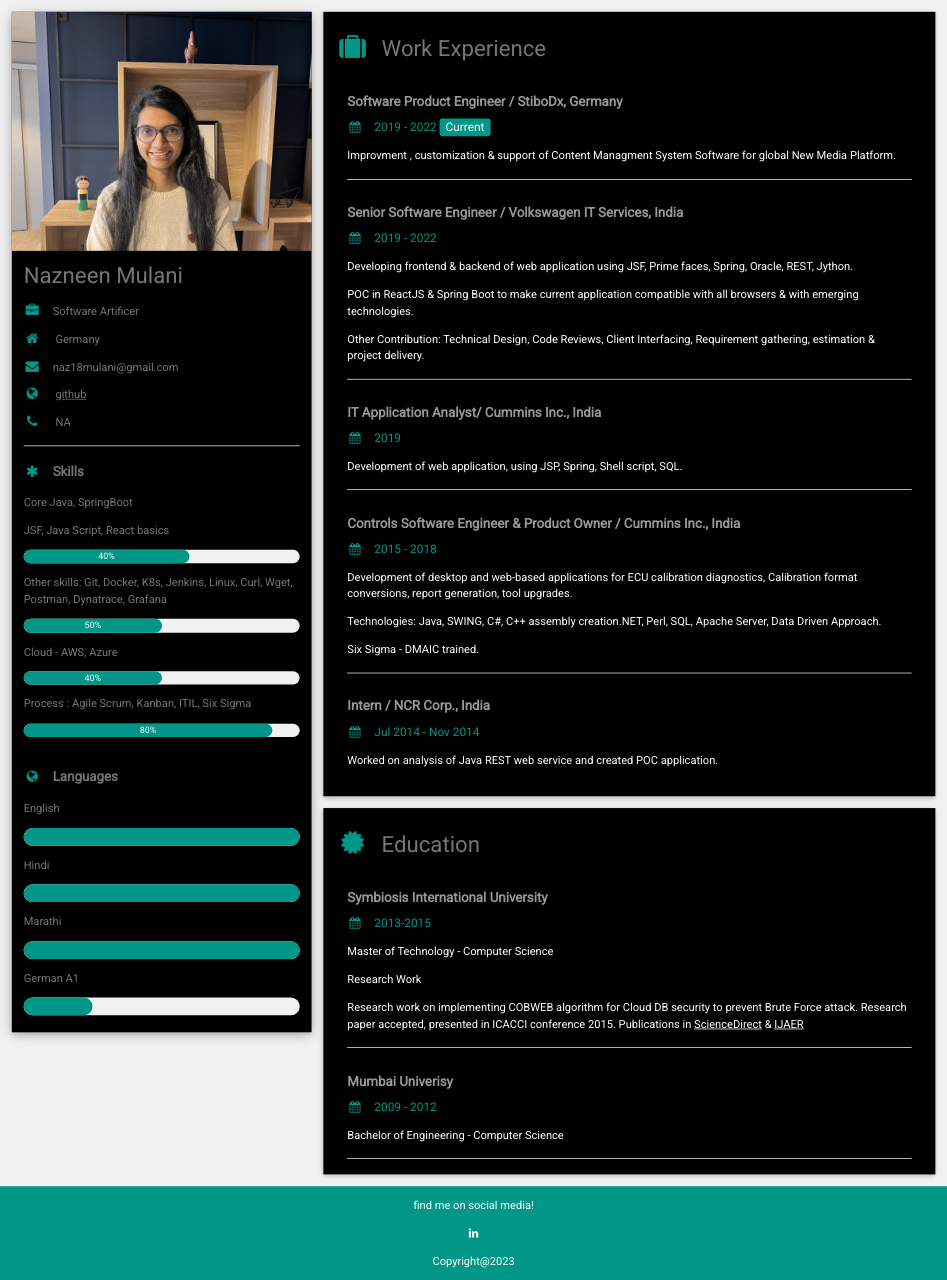
Repository: nazneenprojects/nazneen.github.io
Page: index.html
An editor plug-in stored every save of this project. The page is shown before and after the next save, followed by the edit.
The browser window is 1280 px wide. The pictures show the whole page, at 74% of full size.

Above is the page before, as saved 2023-07-09 11:30:30.

### index.html
<!DOCTYPE html>
<html>
<title>Nazneen Portfolio</title>
<meta charset="UTF-8">
<meta name="viewport" content="width=device-width, initial-scale=1">
<link rel="stylesheet" href="https://www.w3schools.com/w3css/4/w3.css">
<link rel='stylesheet' href='https://fonts.googleapis.com/css?family=Roboto'>
<link rel="stylesheet" href="https://cdnjs.cloudflare.com/ajax/libs/font-awesome/4.7.0/css/font-awesome.min.css">
<style>
html,body,h1,h2,h3,h4,h5,h6 {font-family: "Roboto", sans-serif}
</style>
<body class="w3-light-grey">

<!-- Page Container -->
<div class="w3-content w3-margin-top" style="max-width:1400px;">

  <!-- The Grid -->
  <div class="w3-row-padding">

    <!-- Left Column -->
    <div class="w3-third">

      <div class="w3-black w3-text-grey w3-card-4">
        <div class="w3-display-container">
          <img src="IMG_NazneenM.JPG" style="width:100%" alt="Avatar">
          <div class="w3-display-bottomleft w3-container w3-text-black">
          </div>
        </div>
        <div class="w3-container">
          <h2>Nazneen Mulani</h2>
          <p><i class="fa fa-briefcase fa-fw w3-margin-right w3-large w3-text-teal"></i>Software Artificer</p>
          <p><i class="fa fa-home fa-fw w3-margin-right w3-large w3-text-teal"></i> Germany </p>
          <p><i class="fa fa-envelope fa-fw w3-margin-right w3-large w3-text-teal"></i>naz18mulani@gmail.com</p>
          <p><i class="fa fa-globe fa-fw w3-margin-right w3-large w3-text-teal"></i>
          <a href="https://github.com/nazneenprojects">github</a>
          </p>
          <p><i class="fa fa-phone fa-fw w3-margin-right w3-large w3-text-teal"></i> NA </p>
          <hr>

          <p class="w3-large"><b><i class="fa fa-asterisk fa-fw w3-margin-right w3-text-teal"></i>Skills</b></p>
          <p>Core Java, SpringBoot</p>
          <div class="w3-light-grey w3-round-xlarge w3-small">

          </div>
          <p>JSF, Java Script, React basics</p>
          <div class="w3-light-grey w3-round-xlarge w3-small">
            <div class="w3-container w3-center w3-round-xlarge w3-teal" style="width:60%">
              <div class="w3-center w3-text-white">40%</div>
            </div>
          </div>
          <p>Other skills: Git, Docker, K8s, Jenkins, Linux, Curl, Wget, Postman, Dynatrace, Grafana</p>
          <div class="w3-light-grey w3-round-xlarge w3-small">
            <div class="w3-container w3-center w3-round-xlarge w3-teal" style="width:50%">50%</div>
          </div>
          <p>Cloud - AWS, Azure</p>
          <div class="w3-light-grey w3-round-xlarge w3-small">
            <div class="w3-container w3-center w3-round-xlarge w3-teal" style="width:50%">40%</div>
          </div>
          <p>Process : Agile Scrum, Kanban, ITIL, Six Sigma</p>
          <div class="w3-light-grey w3-round-xlarge w3-small">
            <div class="w3-container w3-center w3-round-xlarge w3-teal" style="width:90%">80%</div>
          </div>
          <br>

          <p class="w3-large w3-text-theme"><b><i class="fa fa-globe fa-fw w3-margin-right w3-text-teal"></i>Languages</b></p>
          <p>English</p>
          <div class="w3-light-grey w3-round-xlarge">
            <div class="w3-round-xlarge w3-teal" style="height:24px;width:100%"></div>
          </div>
          <p>Hindi</p>
          <div class="w3-light-grey w3-round-xlarge">
            <div class="w3-round-xlarge w3-teal" style="height:24px;width:100%"></div>
          </div>
          <p>Marathi</p>
          <div class="w3-light-grey w3-round-xlarge">
            <div class="w3-round-xlarge w3-teal" style="height:24px;width:100%"></div>
          </div>
          <p>German A1</p>
          <div class="w3-light-grey w3-round-xlarge">
            <div class="w3-round-xlarge w3-teal" style="height:24px;width:25%"></div>
          </div>
          <br>
        </div>
      </div><br>

    <!-- End Left Column -->
    </div>

    <!-- Right Column -->
    <div class="w3-twothird">

      <div class="w3-container w3-card w3-black w3-margin-bottom">
        <h2 class="w3-text-grey w3-padding-16"><i class="fa fa-suitcase fa-fw w3-margin-right w3-xxlarge w3-text-teal"></i>Work Experience</h2>
        <div class="w3-container">
          <h5 class="w3-opacity"><b>Software Product Engineer / StiboDx, Germany</b></h5>
          <h6 class="w3-text-teal"><i class="fa fa-calendar fa-fw w3-margin-right"></i>2019 - 2022 <span class="w3-tag w3-teal w3-round">Current</span></h6>
          <p> Improvment , customization & support of Content Managment System Software for global New Media Platform.</p>
          <hr>
        </div>
        <div class="w3-container">
          <h5 class="w3-opacity"><b>Senior Software Engineer / Volkswagen IT Services, India</b></h5>
          <h6 class="w3-text-teal"><i class="fa fa-calendar fa-fw w3-margin-right"></i>2019 - 2022</h6>
          <p>Developing frontend & backend of web application using JSF, Prime faces, Spring, Oracle, REST, Jython.</p>
          <p>POC in ReactJS & Spring Boot to make current application compatible with all browsers & with emerging technologies.</p>
          <p>Other Contribution: Technical Design, Code Reviews, Client Interfacing, Requirement gathering, estimation & project delivery.</p>
          <hr>
        </div>
        <div class="w3-container">
          <h5 class="w3-opacity"><b>IT Application Analyst/ Cummins Inc., India</b></h5>
          <h6 class="w3-text-teal"><i class="fa fa-calendar fa-fw w3-margin-right"></i>2019 </h6>
          <p>Development of web application, using JSP, Spring, Shell script, SQL.</p>
          <hr>
        </div>
        <div class="w3-container">
          <h5 class="w3-opacity"><b>Controls Software Engineer & Product Owner / Cummins Inc., India</b></h5>
          <h6 class="w3-text-teal"><i class="fa fa-calendar fa-fw w3-margin-right"></i>2015 - 2018</h6>
          <p>Development of desktop and web-based applications for ECU calibration diagnostics, Calibration format conversions, report generation, tool upgrades.</p>
          <p>Technologies: Java, SWING, C#, C++ assembly creation.NET, Perl, SQL, Apache Server, Data Driven Approach.</p>
          <p>Six Sigma - DMAIC trained.</p>
          <hr>
        </div>
        <div class="w3-container">
          <h5 class="w3-opacity"><b>Intern / NCR Corp., India</b></h5>
          <h6 class="w3-text-teal"><i class="fa fa-calendar fa-fw w3-margin-right"></i>Jul 2014 - Nov 2014</h6>
          <p>Worked on analysis of Java REST web service and created POC application. </p><br>
        </div>
      </div>

      <div class="w3-container w3-card w3-black">
        <h2 class="w3-text-grey w3-padding-16"><i class="fa fa-certificate fa-fw w3-margin-right w3-xxlarge w3-text-teal"></i>Education</h2>
        <div class="w3-container">
          <h5 class="w3-opacity"><b> Symbiosis International University</b></h5>
          <h6 class="w3-text-teal"><i class="fa fa-calendar fa-fw w3-margin-right"></i>2013-2015</h6>
          <p>Master of Technology - Computer Science</p>
          <p>Research Work</p>
          <p>
            Research work on implementing COBWEB algorithm for Cloud DB security to prevent Brute Force attack. Research paper accepted, presented in ICACCI conference 2015. Publications in

            <a href="https://www.sciencedirect.com/science/article/pii/S1877050915005359">ScienceDirect</a> &
            <a href="https://www.ripublication.com/Volume/ijaerv10n12.htm">IJAER</a>
          </p>
          <hr>
        </div>
        <div class="w3-container">
          <h5 class="w3-opacity"><b>Mumbai Univerisy</b></h5>
          <h6 class="w3-text-teal"><i class="fa fa-calendar fa-fw w3-margin-right"></i>2009 - 2012</h6>
          <p>Bachelor of Engineering - Computer Science</p>
          <hr>
        </div>
      </div>

    <!-- End Right Column -->
    </div>

  <!-- End Grid -->
  </div>

  <!-- End Page Container -->
</div>

<footer class="w3-container w3-teal w3-center w3-margin-top">

  <p>find me on social media!</p>
  <a href="https://www.linkedin.com/in/nazneen-mulani-05004012a/"> <i class="fa fa-linkedin w3-hover-opacity"></i></a>
  <p>Copyright@2023</p>
 <!--
  <i class="fa fa-facebook-official w3-hover-opacity"></i>
  <i class="fa fa-instagram w3-hover-opacity"></i>
  <i class="fa fa-snapchat w3-hover-opacity"></i>
  <i class="fa fa-pinterest-p w3-hover-opacity"></i>
  <i class="fa fa-twitter w3-hover-opacity"></i>
  <p>Powered by <a href="https://www.w3schools.com/w3css/default.asp" target="_blank">w3.css</a></p>
 -->
</footer>

</body>
</html>

After the next save:
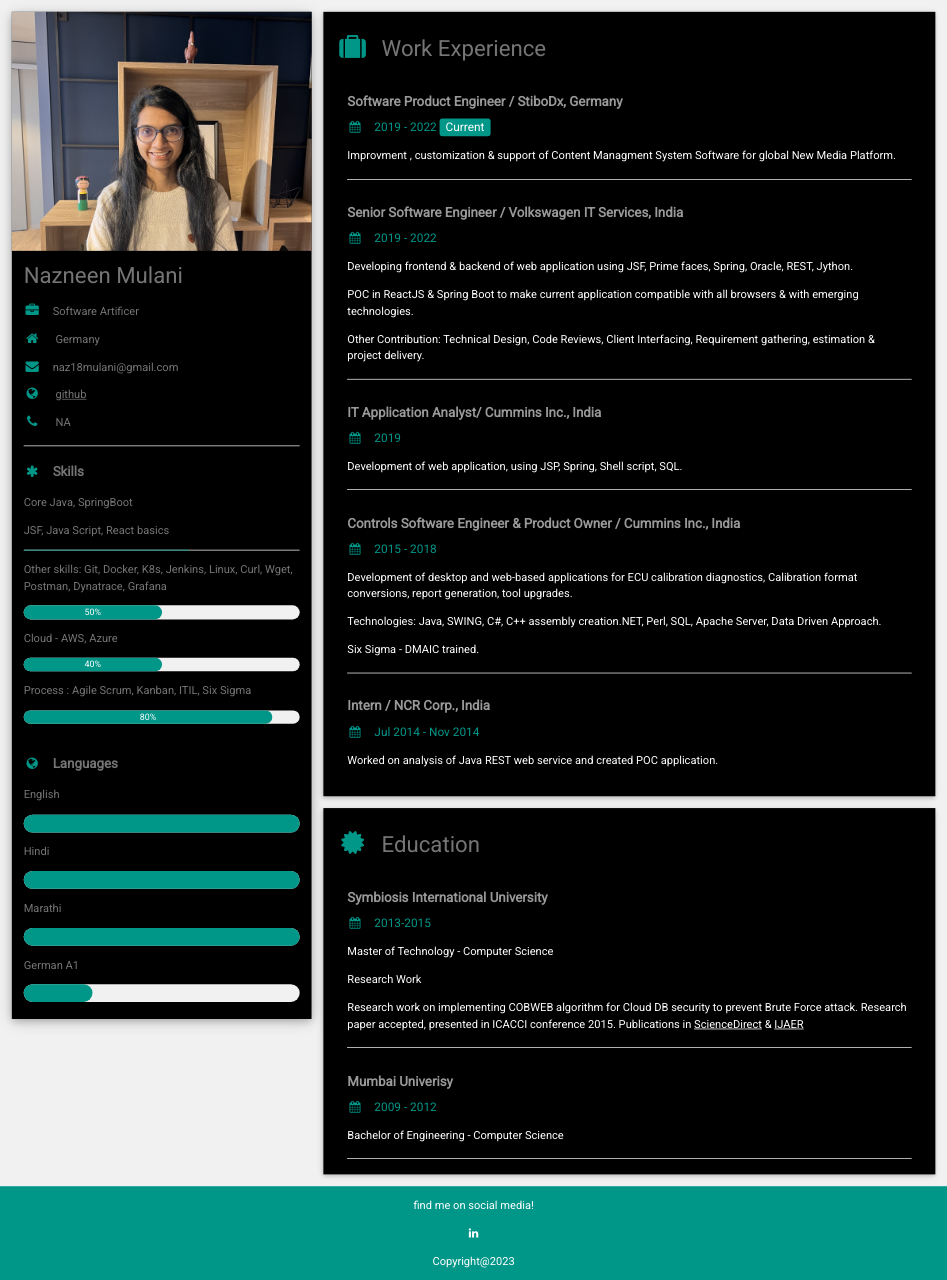
Saved 40 s later.
--- a/index.html
+++ b/index.html
@@ -45,7 +45,7 @@
           <p>JSF, Java Script, React basics</p>
           <div class="w3-light-grey w3-round-xlarge w3-small">
             <div class="w3-container w3-center w3-round-xlarge w3-teal" style="width:60%">
-              <div class="w3-center w3-text-white">40%</div>
+              <div class="w3-center w3-text-white"></div>
             </div>
           </div>
           <p>Other skills: Git, Docker, K8s, Jenkins, Linux, Curl, Wget, Postman, Dynatrace, Grafana</p>
